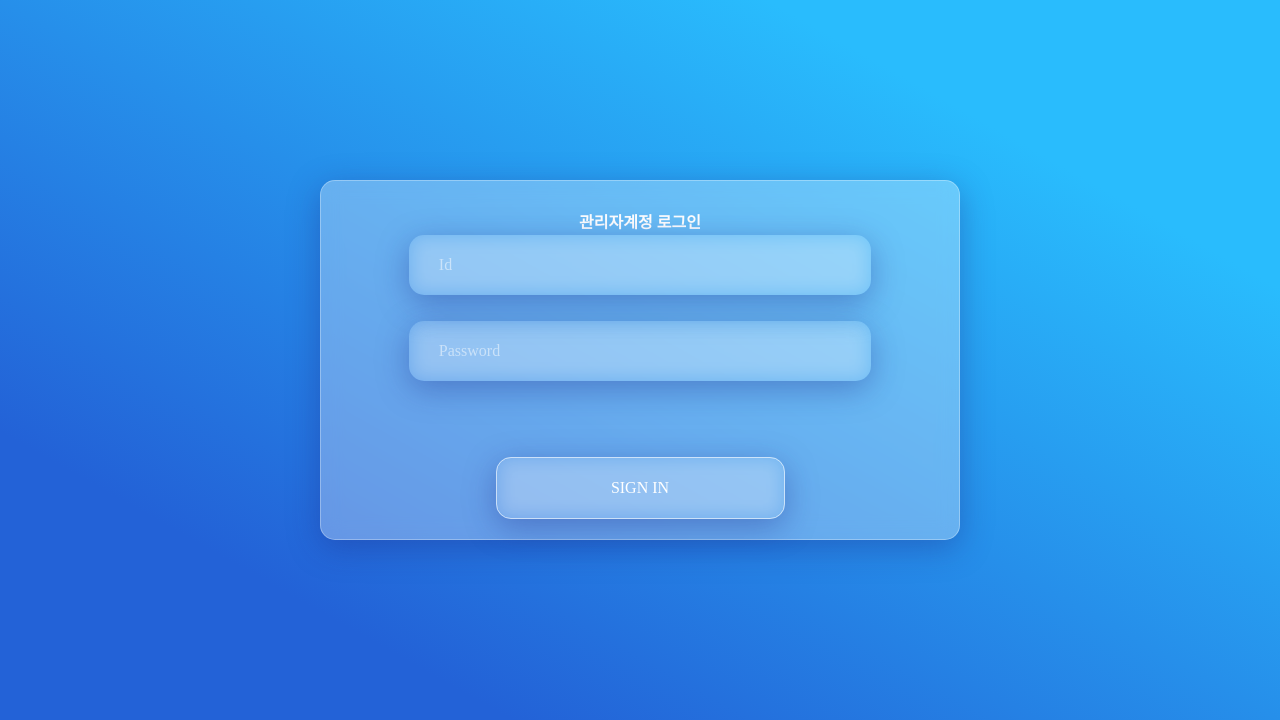
Repository: LEEYONGJUN3068/cms
Page: /login
The author's editor kept a copy of each file at every save. The page is drawn from the files as they stood at one save, then again after the next save.
The browser window is 1280 px wide. The pictures show the whole page.
The page's requests for data from a server got no answer. The project was rebuilt for these pictures with package versions that can differ from the ones it lists, and the page was loaded fresh each time. The framework's server and built-in components were replaced by stand-ins that run in the browser. No one was signed in, and anything a server would have sent is missing. Also part of the build but not shown: next.config.mjs.

Above is the page before, as saved 2025-09-23 14:41:40.

After the next save:
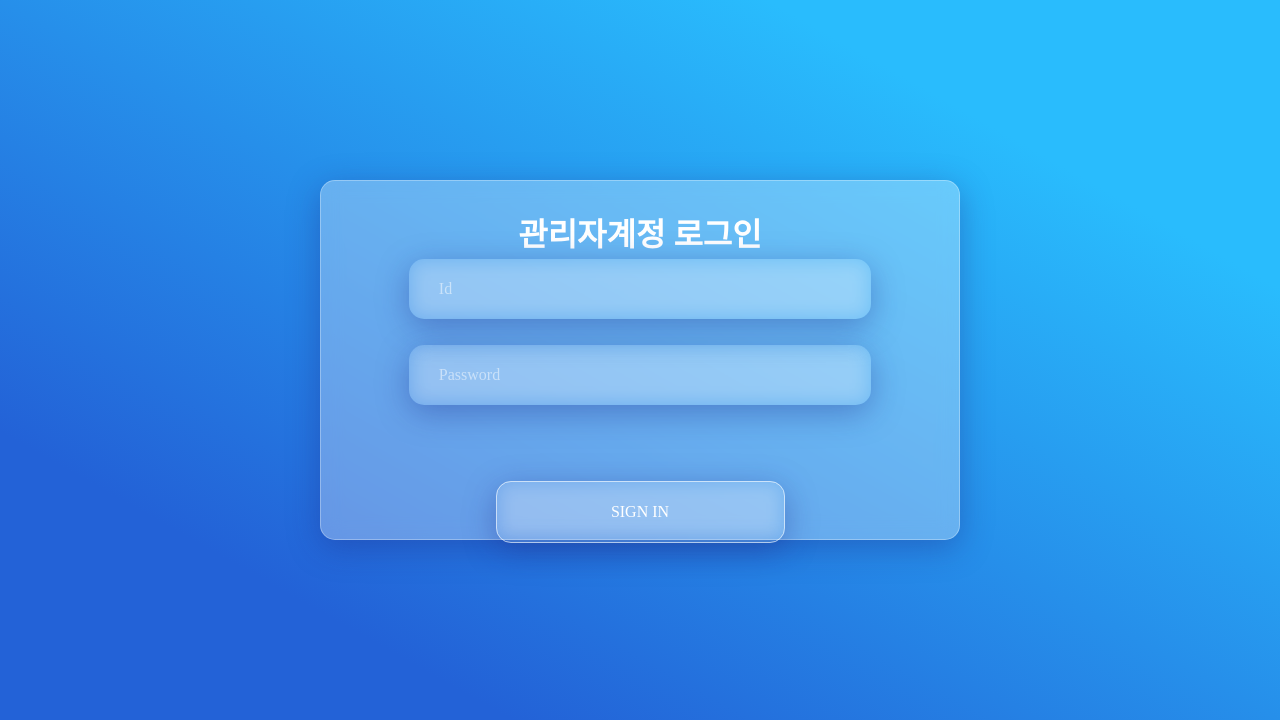
Saved 13 s later.
--- a/src/app/login/login.module.scss
+++ b/src/app/login/login.module.scss
@@ -6,6 +6,7 @@
     h2{
         text-align: center;
         font-weight: bold;
+        font-size: clamp(0px, 5vw, 32px);
     }
 
     .form{
